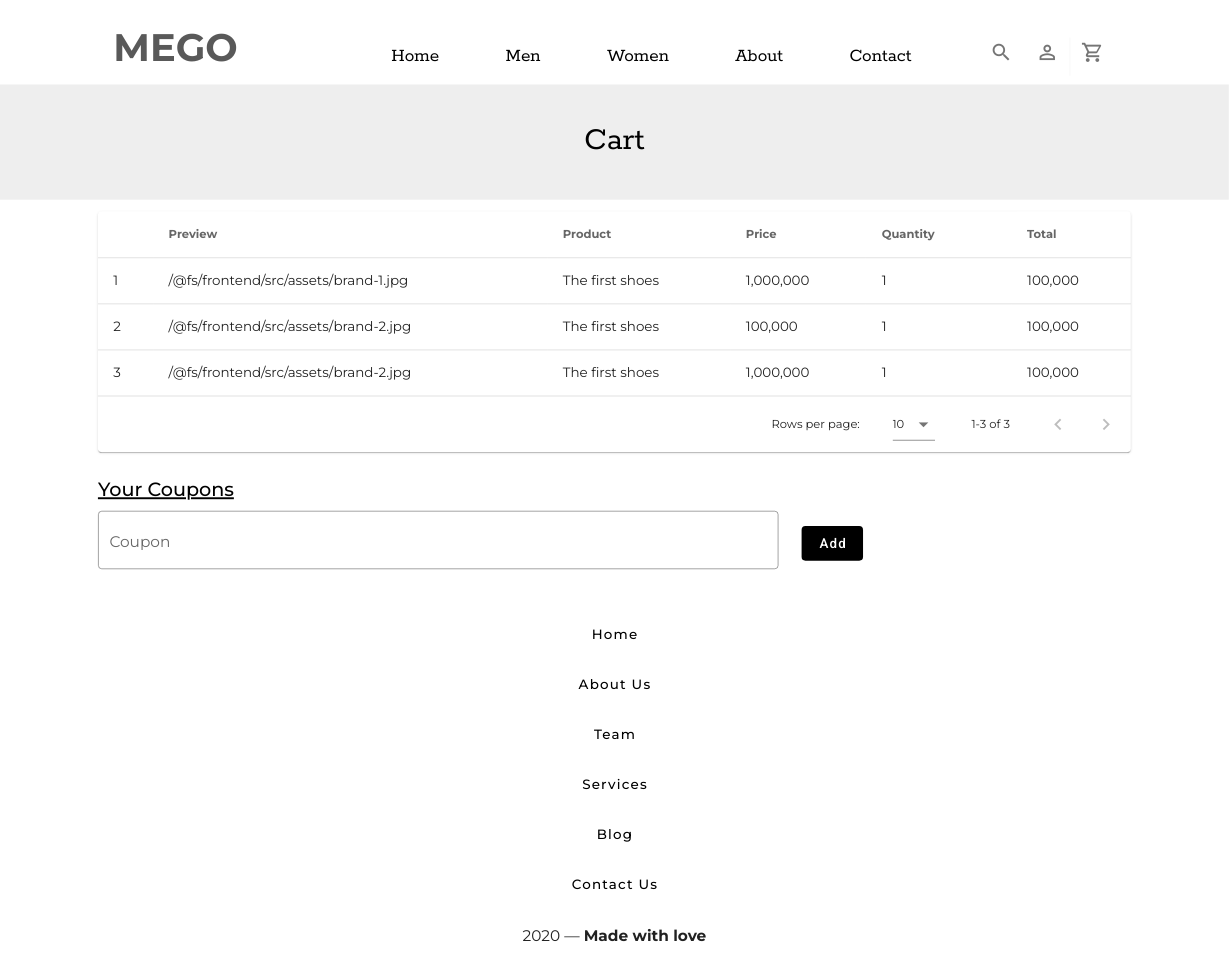
Repository: nguyenphuong152/shoesstore
Page: /cart (app in frontend/)
The author's editor kept a copy of each file at every save. The page is drawn from the files as they stood at one save, then again after the next save.
The browser window is 1280 px wide. The pictures show the whole page, at 96% of full size.
The project was rebuilt for these pictures with package versions that can differ from the ones it lists, and the page was loaded fresh each time. Also part of the build but not shown: frontend/vue.config.js, frontend/src/components/Customer/Collection.vue, frontend/src/components/Customer/Banner.vue, frontend/src/components/Customer/BestSeller.vue, frontend/src/components/Customer/Partner.vue, frontend/src/views/Customer/Home.vue, frontend/src/components/Customer/ProductCategory.vue, frontend/src/components/Customer/ProductView.vue and 10 more. Imported but missing from the stored project, and not drawn on this page: frontend/src/views/Admin/Category.vue, frontend/src/views/Admin/ManageProduct.vue, frontend/src/views/Admin/ManageUser.vue, frontend/src/views/Admin/OrderList.vue.

Above is the page before, as saved 2020-11-28 10:19:49.

After the next save:
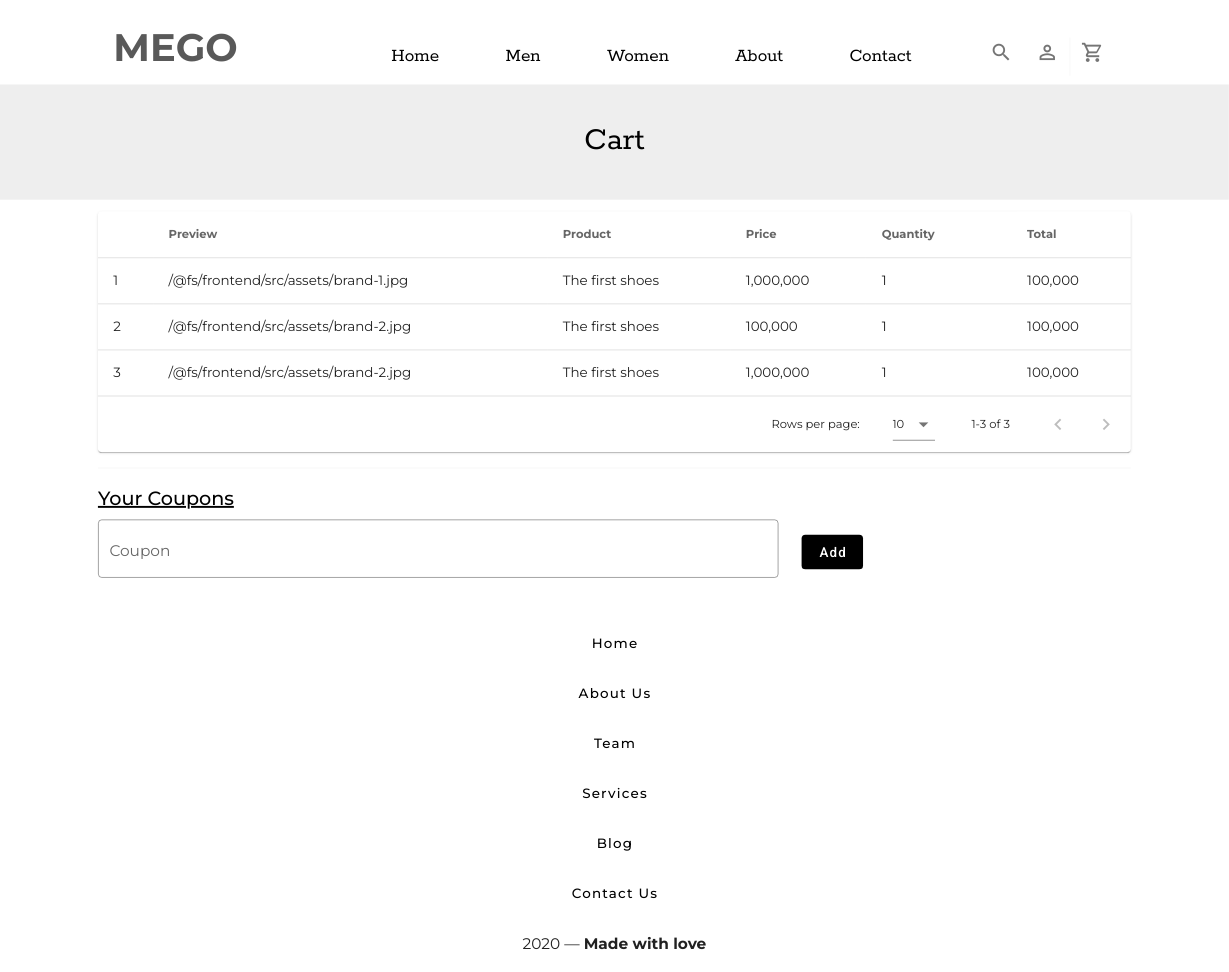
Saved 8 s later.
--- a/frontend/src/views/Customer/Cart.vue
+++ b/frontend/src/views/Customer/Cart.vue
@@ -8,8 +8,7 @@
     <div>
       <v-container>
         <totalProducts />
-   <br>
-
+     <v-divider></v-divider>
         <addCoupons />
       </v-container>
     </div>
